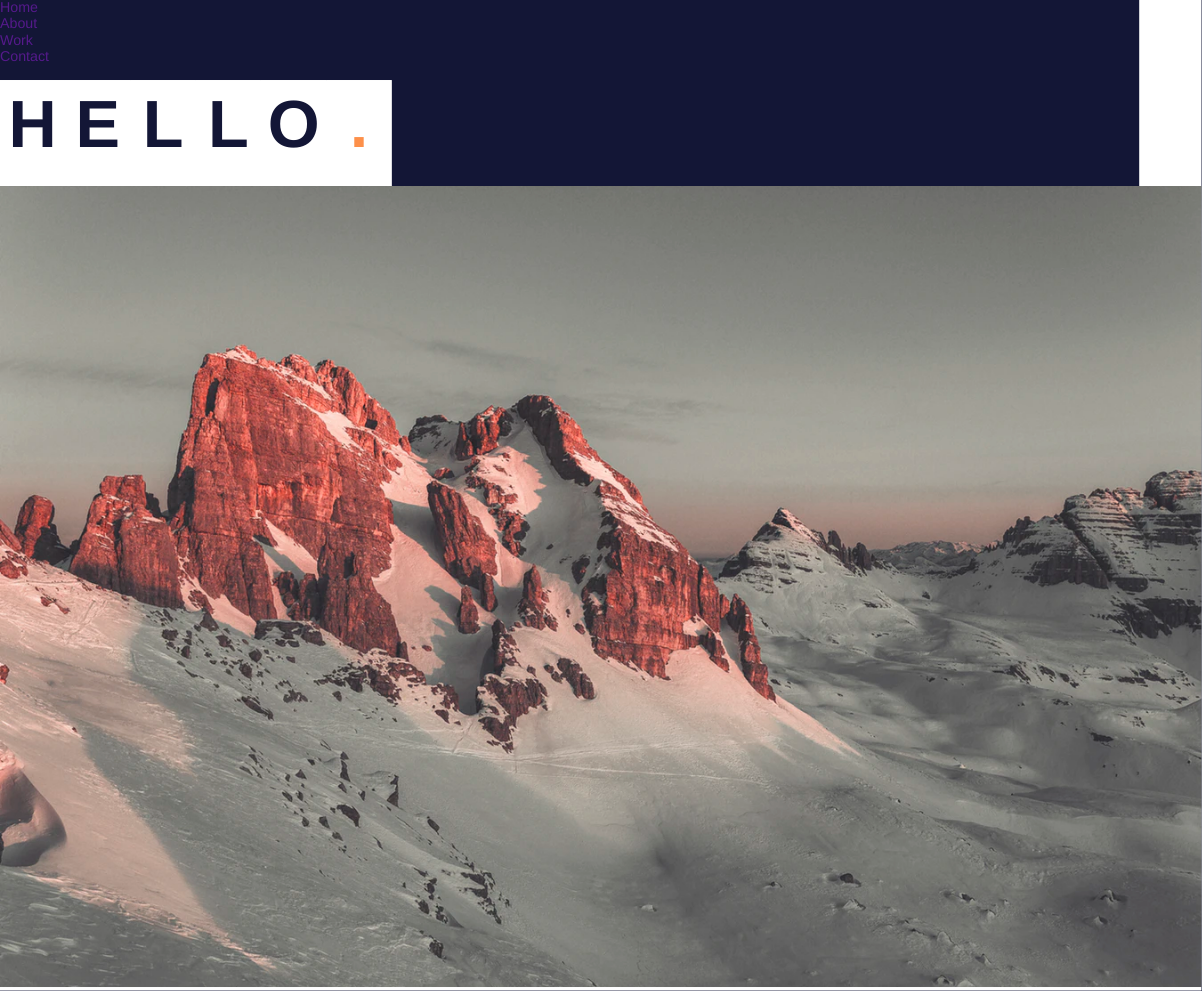
Repository: keloriane/animation-live
Page: /
These files come from the project's save history. The page is drawn as it stood at one moment and after the next save; the edit follows.
The browser window is 1280 px wide. The page is 1350 px wide, then 1280 px, so the pictures cover 1350 px, including what lies to the right of the window. The pictures show the whole page, at 89% of full size.
The project was rebuilt for these pictures with package versions that can differ from the ones it lists, and the page was loaded fresh each time.

Above is the page before, as saved 2020-02-18 10:50:31.

After the next save:
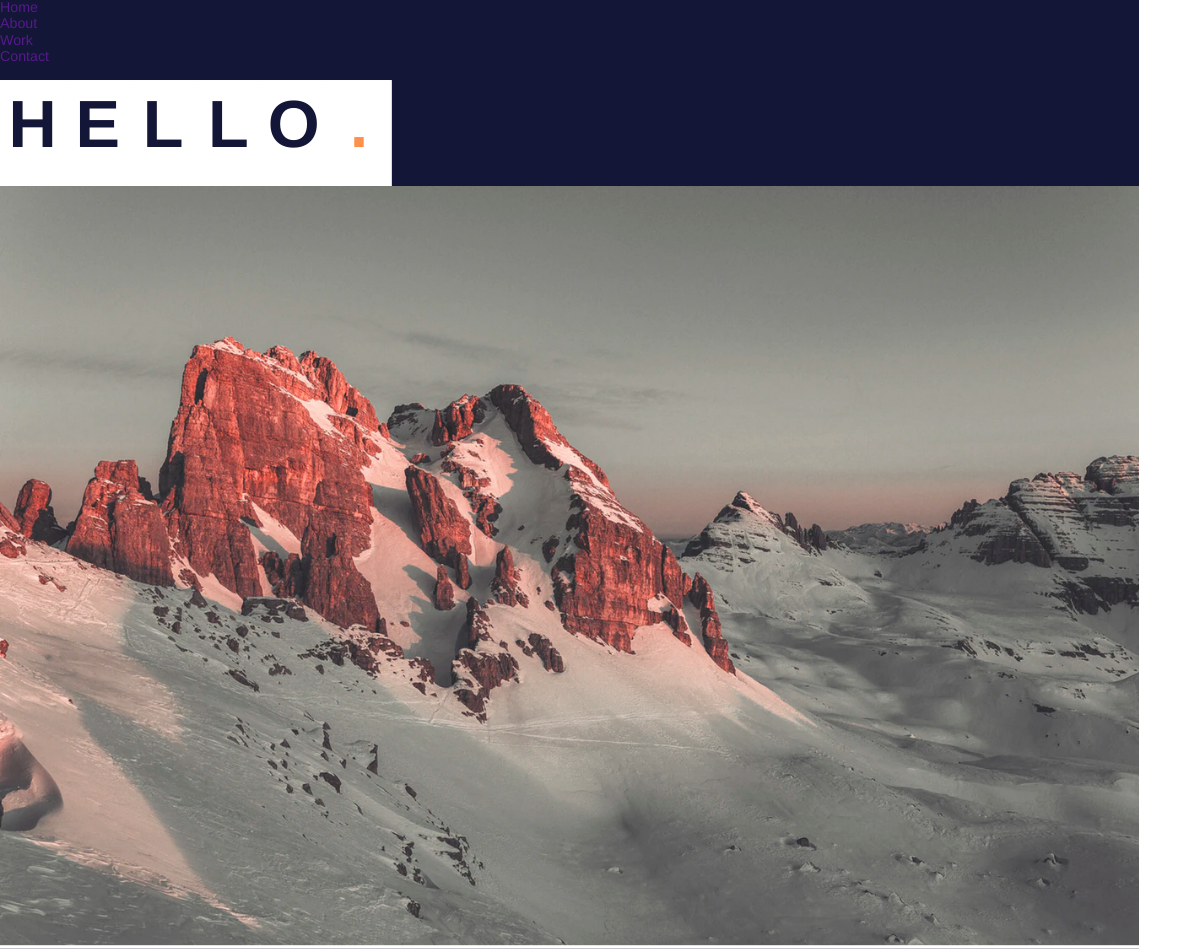
Saved 38 s later.
--- a/src/App.css
+++ b/src/App.css
@@ -18,3 +18,9 @@ body{
   width: 100%;
 height: 100vh;
 }
+
+
+img{
+  width: 100%;
+
+}
